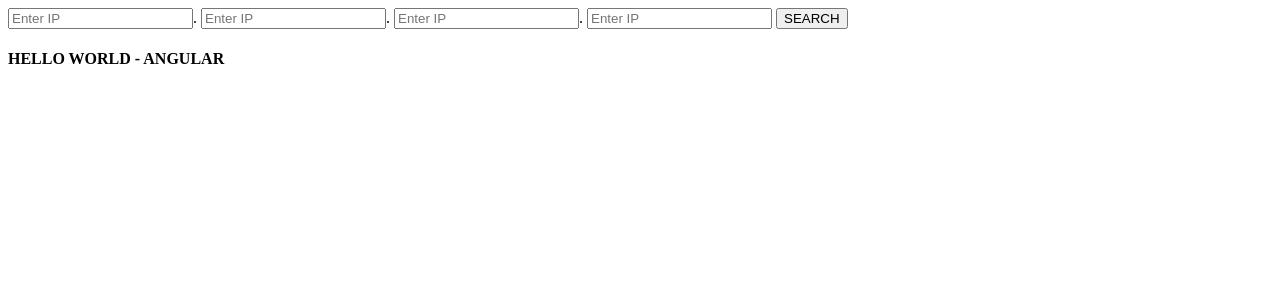
Repository: amp89/FindIP
Page: http://localhost/FindIp/views/search.jsp
The author's editor kept a copy of each file at every save. The page is drawn from the files as they stood at one save, then again after the next save.
The browser window is 1280 px wide. The pictures show the whole page.
The page is served by Tomcat 9. Other server files are loaded and not shown.

Above is the page before, as saved 2016-07-18 23:49:33.

### FindIp/FindIp/WebContent/views/search.jsp
<%@ page language="java" contentType="text/html; charset=UTF-8"
    pageEncoding="UTF-8"%>
<!DOCTYPE html PUBLIC "-//W3C//DTD HTML 4.01 Transitional//EN" "http://www.w3.org/TR/html4/loose.dtd">
<html>
<head>
<meta http-equiv="Content-Type" content="text/html; charset=UTF-8">
<title>IP FIND | Search</title>


		<script src="js/jquery.js"></script>
		<script src="js/test.js"></script>
		<script src="angular/angular.min.js"></script>
</head>
<body ng-app="searchApp">
	<div ng-controller="searchForm">
		<form ng-submit="getIpInfo()">
			<input type="text" placeholder="Enter IP" name="first" ng-model="ipSearchData.first" />.
			<input type="text" placeholder="Enter IP" name="second"  ng-model="ipSearchData.second" />.
			<input type="text" placeholder="Enter IP" name="third"  ng-model="ipSearchData.third" />.
			<input type="text" placeholder="Enter IP" name="fourth"  ng-model="ipSearchData.fourth" />
			<button type="submit">SEARCH</button>
		</form>
		<span ng-show="ipSearchData.first">{{ipSearchData.first}}</span><span ng-show="ipSearchData.second">.{{ipSearchData.second}}</span><span ng-show="ipSearchData.third">.{{ipSearchData.third}}</span><span ng-show="ipSearchData.fourth">.{{ipSearchData.fourth}}</span>
		<h4>{{"HELLO WORLD - ANGULAR"}}</h4>
	</div>
	<!-- end test angular -->

	<!-- test rest call -->
	<script>
	/* old way
	$.ajax({
		type : "GET",
		 url:"rest/getLoggedInUserData",
		headers : {
			"Accept" : "application/json",
			"Content-Type" : "applicatoin/json"
		}
	}).done(function(data) {
		console.log(data);
		$scope.userObject = data;
	}).fail(function() {
		console.log("failed");
	}); */

	var app = angular.module('searchApp',[]);


	app.controller('searchForm',function($scope,$http){
		//request her/*  */e TODO
		$scope.ipSearchData = {};

		$scope.ipSearchData.accessToken="${accessToken}"

		//$scope.ipSearchData.accessToken = 'testjlskjfdlsdkfj';
		$scope.getIpInfo = function(){
			console.log("IP: " + $scope.ipSearchData);

			$http({
				method:"POST",
				url:"rest/getIpData",
				data:$scope.ipSearchData,
				params : {"content-type":"application/json","Accept" : "application/json"}
			}).then(function success(response){
				console.log("Post Ip search :)");
			}, function error(response){
				console.log("No post search :(");
			});//end http

		};//end get info


	});





	</script>
	<!-- end test rest call -->





</body>
</html>

### FindIp/FindIp/WebContent/js/test.js
$("document").ready(function(){
	console.log("hello world!");
});

Loaded but not shown: FindIp/FindIp/WebContent/js/jquery.js (library); FindIp/FindIp/WebContent/angular/angular.min.js (library)

After the next save:
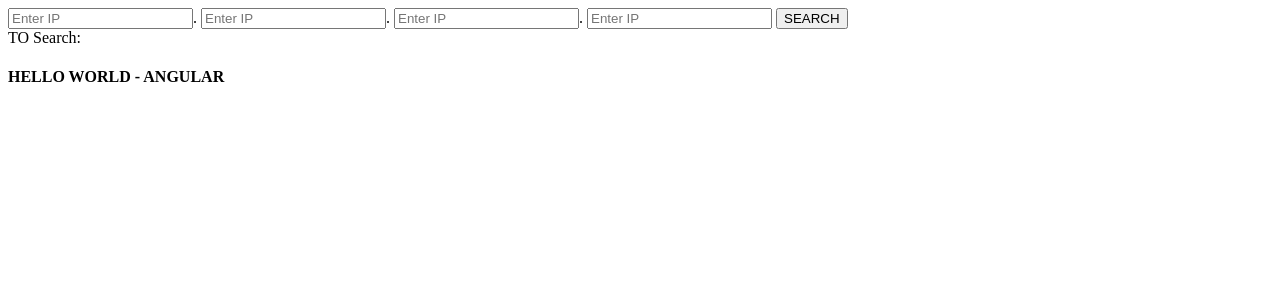
Saved 26 s later.
--- a/FindIp/FindIp/WebContent/views/search.jsp
+++ b/FindIp/FindIp/WebContent/views/search.jsp
@@ -20,7 +20,7 @@
 			<input type="text" placeholder="Enter IP" name="fourth"  ng-model="ipSearchData.fourth" />
 			<button type="submit">SEARCH</button>
 		</form>
-		<span ng-show="ipSearchData.first">{{ipSearchData.first}}</span><span ng-show="ipSearchData.second">.{{ipSearchData.second}}</span><span ng-show="ipSearchData.third">.{{ipSearchData.third}}</span><span ng-show="ipSearchData.fourth">.{{ipSearchData.fourth}}</span>
+		TO Search: <span ng-show="ipSearchData.first">{{ipSearchData.first}}</span><span ng-show="ipSearchData.second">.{{ipSearchData.second}}</span><span ng-show="ipSearchData.third">.{{ipSearchData.third}}</span><span ng-show="ipSearchData.fourth">.{{ipSearchData.fourth}}</span>
 		<h4>{{"HELLO WORLD - ANGULAR"}}</h4>
 	</div>
 	<!-- end test angular -->
